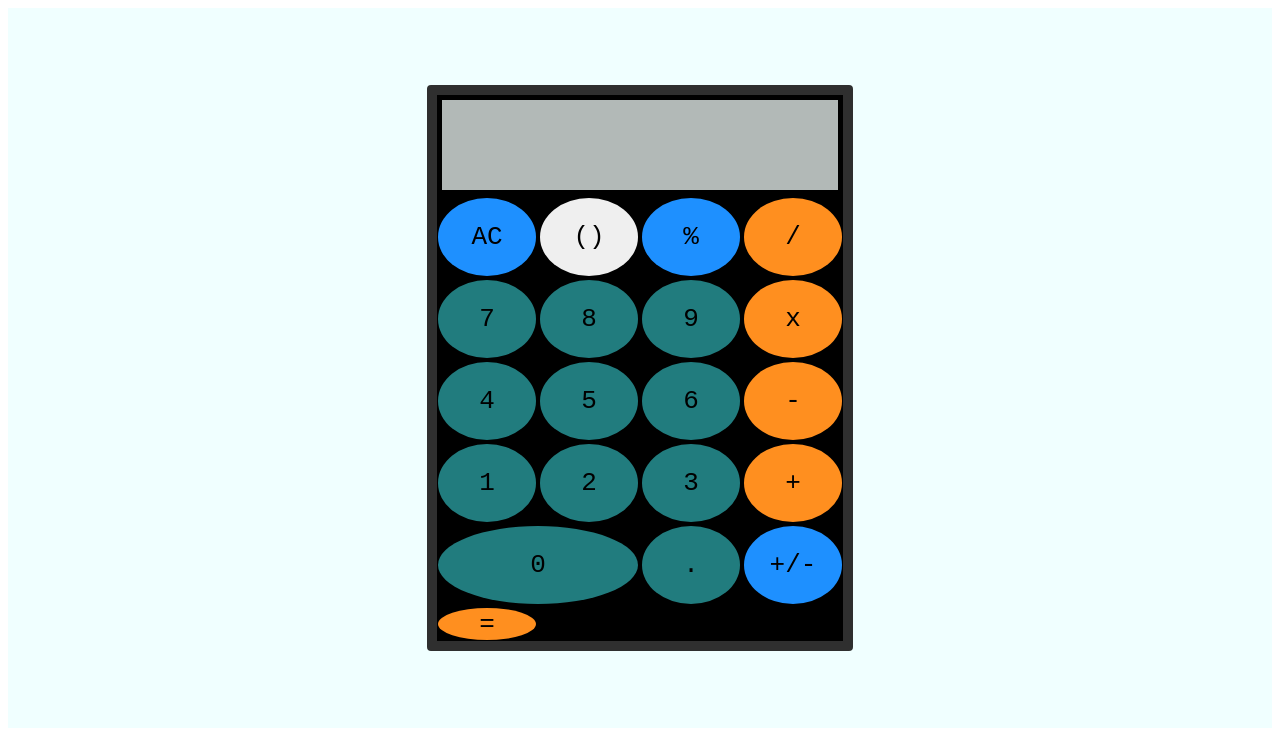
Repository: MhlengiNgubane/BrainnestJsTwo
Page: index.html
These files come from the project's save history. The page is drawn as it stood at one moment and after a run of saves; the edit follows.
The browser window is 1280 px wide. The pictures show the whole page.

Above is the page before, as saved 2022-09-07 23:01:20.

### index.html
<!DOCTYPE html>
<html lang="en">
<head>
    <meta charset="UTF-8">
    <meta http-equiv="X-UA-Compatible" content="IE=edge">
    <meta name="viewport" content="width=device-width, initial-scale=1.0">
    <title>CALCULATOR</title>

    <link rel="stylesheet" href="style.css">
</head>
    <body>
        <main id="calculator">
            <div id="container">
                <div id="display"></div>
                <button type="button" class="clear"  data-action="8">AC</button>
                <button type="button" class="braket"  data-action="169">()</button>
                <button type="button" class="percent"  data-action="80">%</button>
                <button type="button" class="operator"  data-action="68">/</button>
                <button type="button" class="operand"  data-action="55">7</button>
                <button type="button" class="operand"  data-action="56">8</button>
                <button type="button" class="operand"  data-action="57">9</button>
                <button type="button" class="operator"  data-action="88">x</button>
                <button type="button" class="operand"  data-action="52">4</button>
                <button type="button" class="operand"  data-action="53">5</button>
                <button type="button" class="operand"  data-action="54">6</button>
                <button type="button" class="operator"  data-action="173">-</button>
                <button type="button" class="operand"  data-action="49">1</button>
                <button type="button" class="operand"  data-action="50">2</button>
                <button type="button" class="operand"  data-action="51">3</button>
                <button type="button" class="operator"  data-action="61">+</button>
                <button type="button" id ="zero" class="operand"  data-action="48">0</button>
                <button type="button" class="decimal"  data-action="190">.</button>
                <button type="button" class="sign"  data-action="192">+/-</button>
                <button type="button" class="equals"  data-action="69">=</button>
            </div>
        </main>
    <script src="App.js"></script>
    </body>
</html>

### style.css
html {
    text-align: center;
    font-family: monospace;
}

#calculator {
    display: flex;
    min-height: 95vh;
    justify-content: center;
    align-content: center;
    align-items: center;
    height: 100vh;
    overflow: hidden;
    background-color: azure;
}

#container {
    background-color: black;
    border: 10px solid rgba(47,47,47,1);
    border-radius: 4px;
    display: grid;
    grid-template-columns: repeat(4, 100px);
    grid-template-rows: minmax(100px, auto) repeat(5, 80px);
    gap: 2px;
}

#display {
    grid-column: 1 / -1;
    background-color: #b2b9b7;
    display: flex;
    flex-direction: column;
    justify-content: space-around;
    align-items: flex-end;
    padding: 20px;
    font-size: 5.5em;
    font-weight: initial;
    text-shadow: 1.3px 1.3px #383838;
    margin: 5px;
}

button {
    margin: 1px;
    border-radius: 75%;
    border: none;
    font-weight: initial;
    font-size: 2em;
    font-family: monospace;
    color: black;
}


#zero {
    grid-column: span 2;
}

.operator {
    background-color: #FF8F1F;
}

.operator:focus {
    background-color: #ffc183;
}

.equals {
    background-color: #FF8F1F;
}

.equals:active {
    background-color: #ffc183;
}

.operand {
    background-color: #217C7E;
}

.operand:active {
    background-color: #33b9bb;
}

.decimal {
    background-color: #217C7E;
}

.decimal:active {
    background-color: #33b9bb;
}

.clear {
    background-color: dodgerblue;
}

.clear:active {
    background-color: rgb(123, 189, 255);
}

.sign {
    background-color: dodgerblue;
}

.sign:active {
    background-color: rgb(123, 189, 255);
}

.percent {
    background-color: dodgerblue;
}

.percent:active {
    background-color: rgb(123, 189, 255);
}

Loaded but not shown: App.js (no stored copy; drawn as an empty file)

After the next 2 saves:
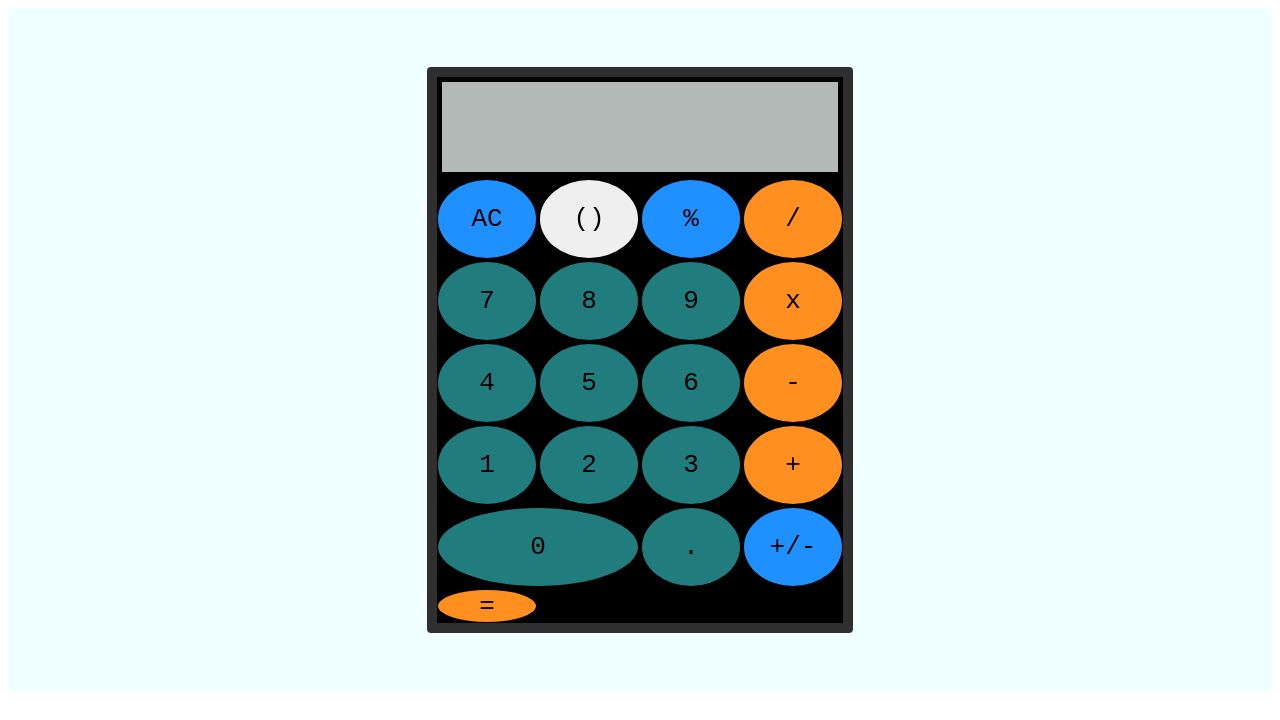
The 2 saves are shown as one change because they came seconds apart.
The last was saved 93 s later.
--- a/style.css
+++ b/style.css
@@ -9,7 +9,7 @@ html {
     justify-content: center;
     align-content: center;
     align-items: center;
-    height: 100vh;
+    height: 100%;
     overflow: hidden;
     background-color: azure;
 }
